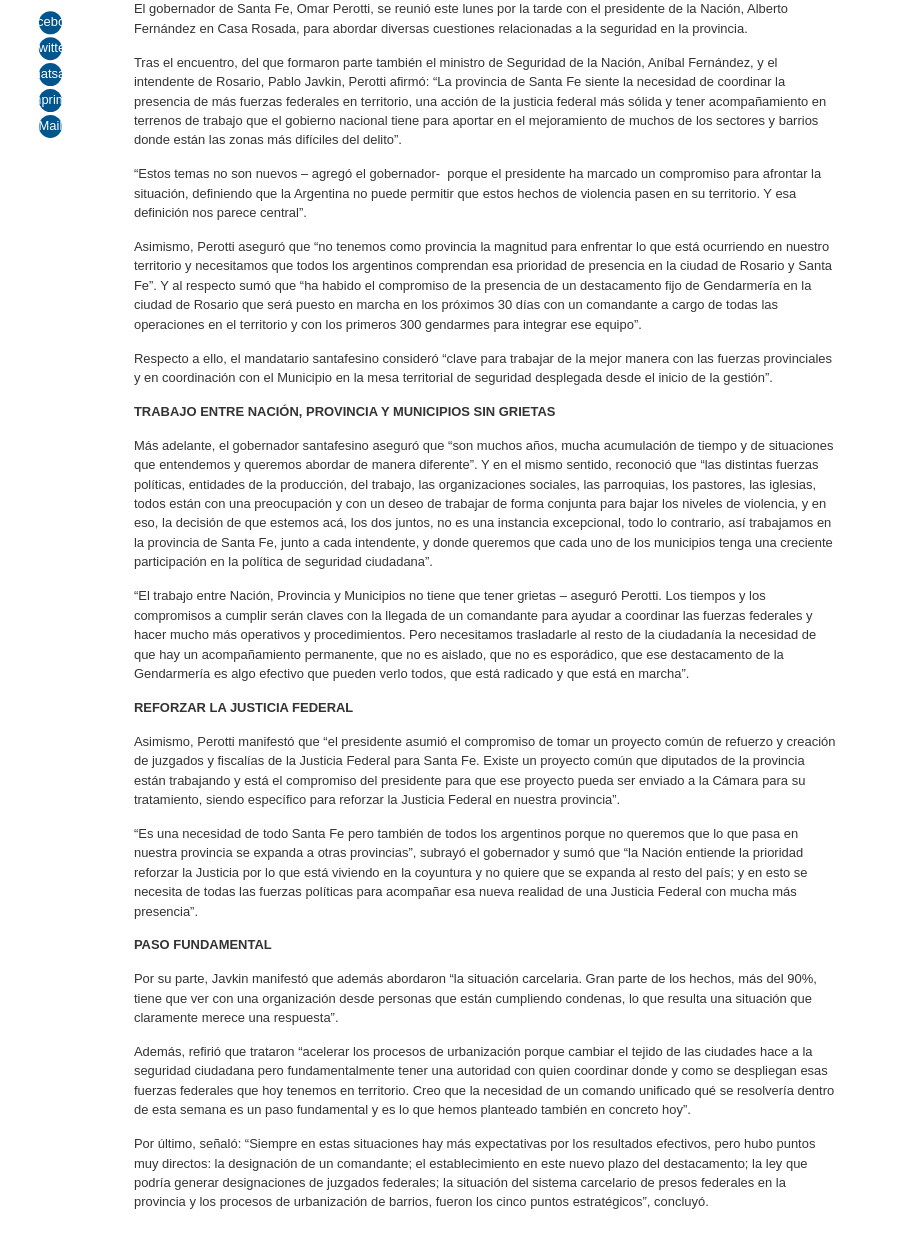
Repository: Larrowo/LPPA
Page: Clase 4/index.html
An editor plug-in stored every save of this project. The page is shown before and after the next save, followed by the edit.
The browser window is 1280 px wide. The pictures show the part of the page from y = 1151 to 2943 px (the page is 2863 px tall before and 2943 px after), at 72% of full size.
A picture or video elsewhere on the page could not be fetched, so the positions and the page height are approximate.

Above is the page before, as saved 2022-05-03 13:12:04.

After the next save:
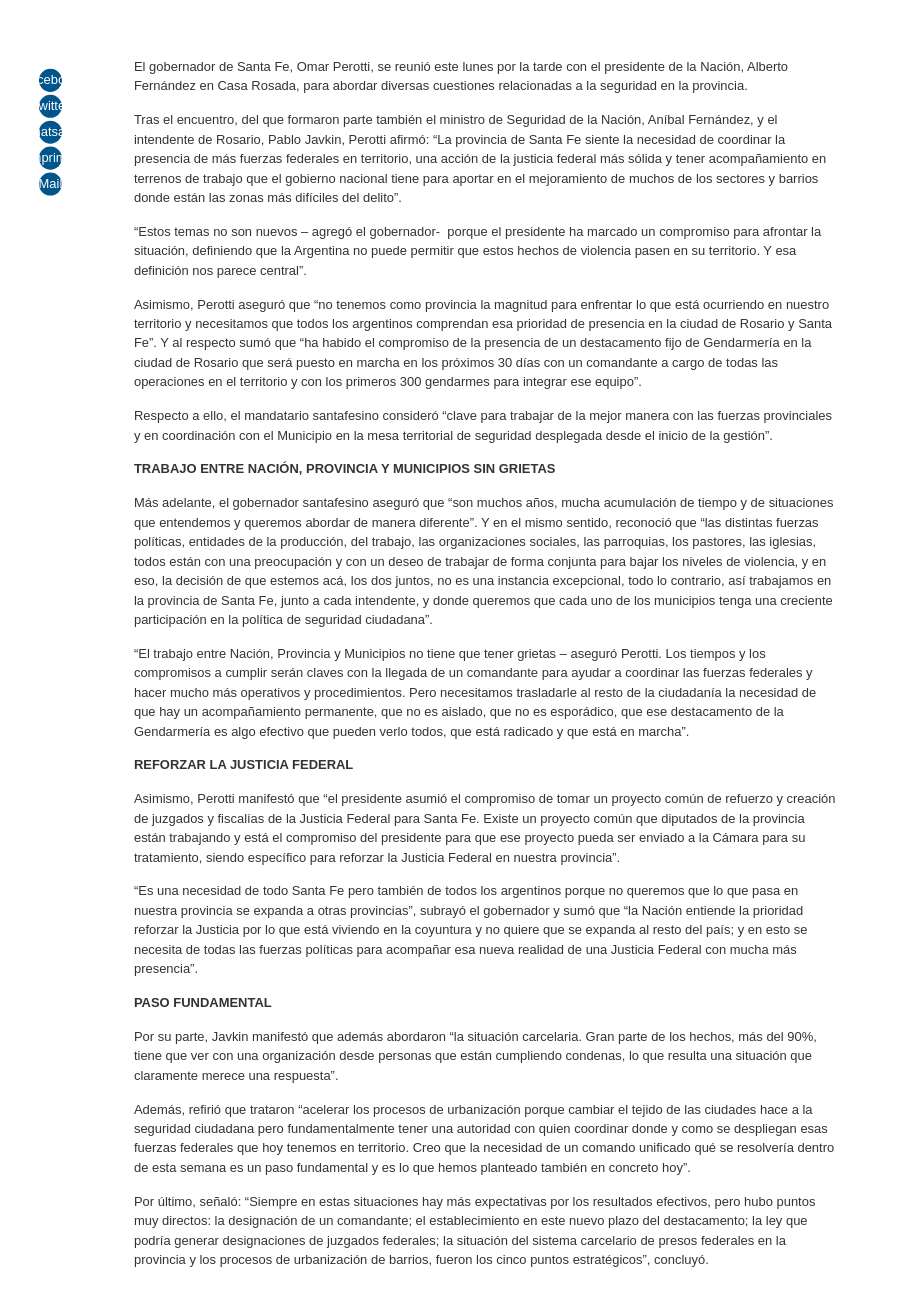
Saved 6 s later.
--- a/Clase 4/style.css
+++ b/Clase 4/style.css
@@ -68,7 +68,7 @@ h2 {
   font-family: "Poppins", sans-serif;
   font-size: 40px;
   text-align: center;
-  padding-bottom: 20px;
+  padding-bottom: 100px;
 }
 
 #header-post .title-post {
